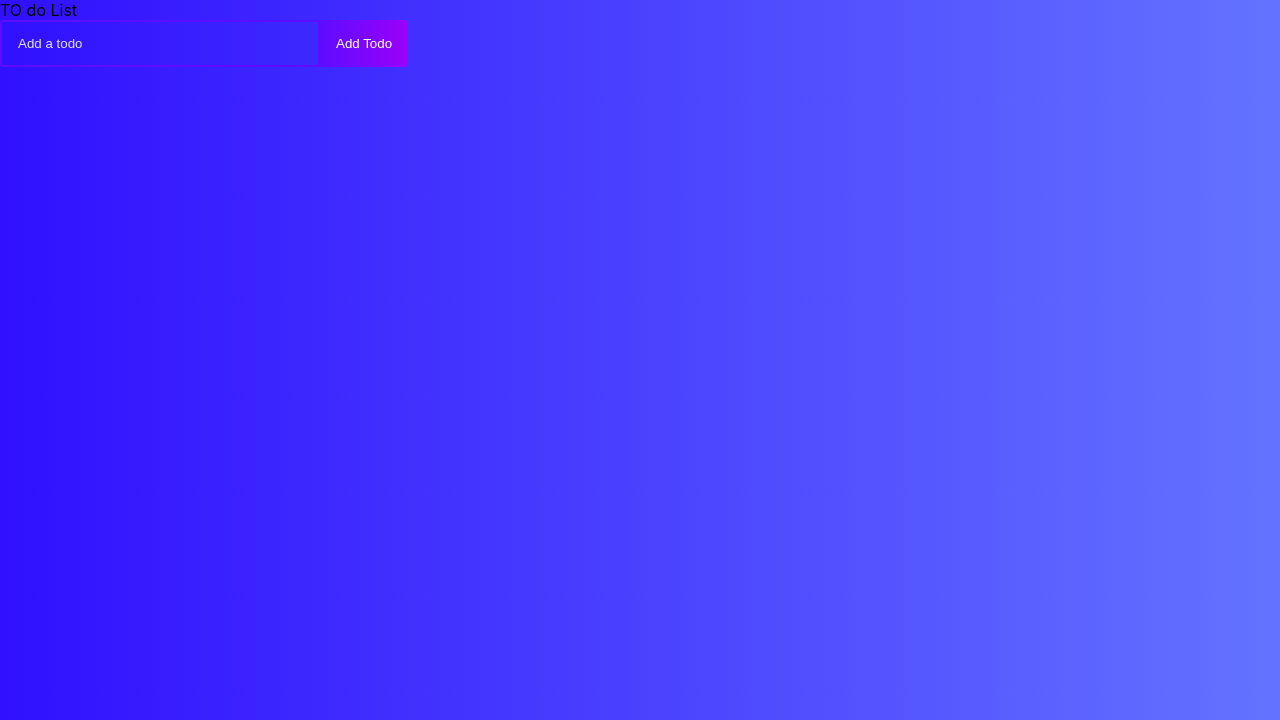
Repository: kirangautam45/ToDoList
Page: /
These files come from the project's save history. The page is drawn as it stood at one moment and after the next save; the edit follows.
The browser window is 1280 px wide. The pictures show the whole page.
The project was rebuilt for these pictures with package versions that can differ from the ones it lists, and the page was loaded fresh each time. Also part of the build but not shown: src/Todo.js.

Above is the page before, as saved 2022-08-06 08:53:22.

### src/App.js
import React, { useState } from "react";
import TodoForm from "./TodoForm";

import Todo from "./Todo";
function App() {
  const [todos, setTodos] = useState([]);

  const addTodo = (todo) => {
    const newTodos = [todo, ...todos];

    setTodos(newTodos);
    console.log(...todos);
  };

  const updateTodo = (todoId, newValue) => {
    setTodos((prev) =>
      prev.map((item) => (item.id === todoId ? newValue : item))
    );
  };

  const removeTodo = (id) => {
    const removedArr = [...todos].filter((todo) => todo.id !== id);

    setTodos(removedArr);
  };

  const completeTodo = (id) => {
    let updatedTodos = todos.map((todo) => {
      if (todo.id === id) {
        todo.isComplete = !todo.isComplete;
      }
      return todo;
    });
    setTodos(updatedTodos);
  };
  return (
    <div>
      <h>TO do List</h>
      <TodoForm onSubmit={addTodo} />
      <Todo
        todos={todos}
        completeTodo={completeTodo}
        removeTodo={removeTodo}
        updateTodo={updateTodo}
      />
    </div>
  );
}

export default App;

### src/TodoForm.js
import React, { useState, useEffect, useRef } from "react";
import "./App.css";

const TodoForm = (props) => {
  const [input, setInput] = useState(props.edit ? props.edit.value : "");

  const inputRef = useRef(null);

  useEffect(() => {
    inputRef.current.focus();
  });

  const handleChange = (e) => {
    setInput(e.target.value);
  };

  const handleSubmit = (e) => {
    e.preventDefault();

    props.onSubmit({
      id: Math.floor(Math.random() * 10000),
      text: input,
    });
    setInput("");
  };
  return (
    <div>
      <form onSubmit={handleSubmit} className="todo-form">
        {props.edit ? (
          <>
            <input
              placeholder="update your item"
              value={input}
              onChange={handleChange}
              name="text"
              ref={inputRef}
              classname="todo-input edit"
            />
            <button onclick={handleSubmit} className="todo-button edit">
              Update
            </button>
          </>
        ) : (
          <>
            <input
              placeholder="Add a todo"
              value={input}
              onChange={handleChange}
              name="text"
              className="todo-input"
              ref={inputRef}
            />
            <button onClick={handleSubmit} className="todo-button">
              Add todo
            </button>
          </>
        )}
      </form>
    </div>
  );
};

export default TodoForm;

### src/App.css
* {
  box-sizing: border-box;
  margin: 0;
  padding: 0;
}

body {
  background: linear-gradient(
    90deg,
    rgba(48, 16, 255, 1) 0%,
    rgba(100, 115, 255, 1) 100%
  );
}
.todo-app {
  display: flex;
  flex-direction: column;
  justify-content: start;
  width: 520px;
  min-height: 600px;
  background: #161a2b;
  text-align: center;
  margin: 128px auto;
  border-radius: 10px;
  padding-bottom: 32px;
}

h1 {
  margin: 32px 0;
  color: #fff;
}

.complete {
  text-decoration: line-through;
  opacity: 0.4;
}

.todo-form {
  margin-bottom: 32px;
}

.todo-input {
  padding: 14px 32px 14px 16px;
  border-radius: 4px 0 0 4px;
  border: 2px solid #5d0cff;
  outline: none;
  width: 320px;
  background: transparent;
  color: #fff;
}

.todo-input::placeholder {
  color: #e2e2e2;
}

.todo-button {
  padding: 16px;
  border: none;
  border-radius: 0 4px 4px 0;
  cursor: pointer;
  outline: none;
  background: linear-gradient(
    90deg,
    rgba(93, 12, 255, 1) 0%,
    rgba(155, 0, 250, 1) 100%
  );
  color: #fff;
  text-transform: capitalize;
}

.todo-input.edit {
  border: 2px solid #149fff;
}

.todo-button.edit {
  background: linear-gradient(
    90deg,
    rgba(20, 159, 255, 1) 0%,
    rgba(17, 122, 255, 1) 100%
  );
  padding: 16px 22px;
}

.todo-container {
  display: flex;
  flex-direction: row;
  position: relative;
}

.todo-row {
  display: flex;
  justify-content: space-between;
  align-items: center;
  margin: 4px auto;
  color: #fff;
  background: linear-gradient(
    90deg,
    rgb(47, 11, 178) 0%,
    rgb(27, 37, 102) 100%
  );

  padding: 16px;
  border-radius: 5px;
  width: 90%;
}



.icons {
  display: flex;
  align-items: center;
  font-size: 24px;
  cursor: pointer;
}

.delete-icon {
  margin-right: 5px;
  color: #fff;
}

.edit-icon {
  color: #fff;
}

Loaded but not shown: public/index.html (common file); src/index.js (common file); src/index.css (common file); src/reportWebVitals.js (common file)

After the next save:
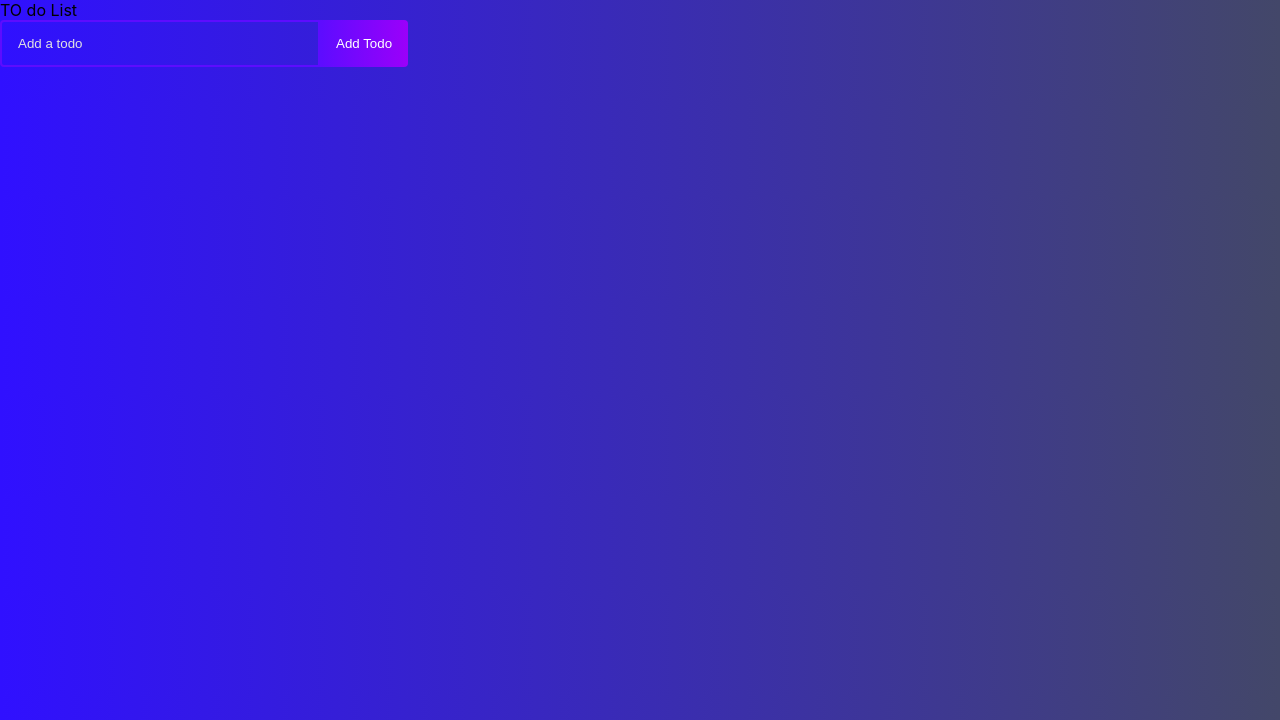
Saved 4 s later.
--- a/src/App.css
+++ b/src/App.css
@@ -8,7 +8,7 @@ body {
   background: linear-gradient(
     90deg,
     rgba(48, 16, 255, 1) 0%,
-    rgba(100, 115, 255, 1) 100%
+    rgb(67, 71, 105) 100%
   );
 }
 .todo-app {
